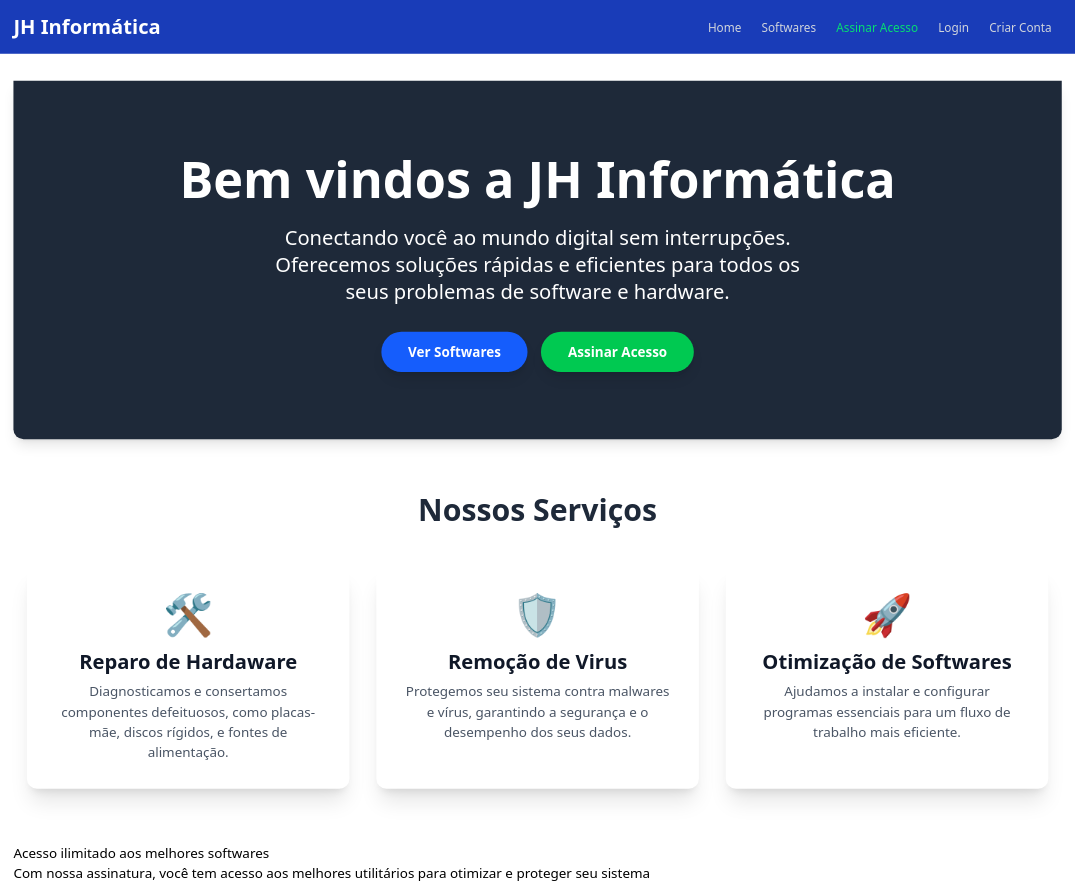
Repository: estevam02009/jh-info
Page: / (app in frontend/)
These files come from the project's save history. The page is drawn as it stood at one moment and after the next save; the edit follows.
The browser window is 1280 px wide. The pictures show the whole page, at 84% of full size.
The project was rebuilt for these pictures with package versions that can differ from the ones it lists, and the page was loaded fresh each time. Also part of the build but not shown: frontend/src/pages/Login.jsx, frontend/src/pages/Register.jsx, frontend/src/pages/Dashboard.jsx, frontend/src/components/ProtectedRoute.jsx, frontend/src/pages/SoftwareList.jsx, frontend/src/pages/SoftwareDetails.jsx, frontend/src/pages/SoftwareManagement.jsx, frontend/src/pages/PaymentPage.jsx and 1 more.

Above is the page before, as saved 2025-07-13 11:50:26.

After the next save:
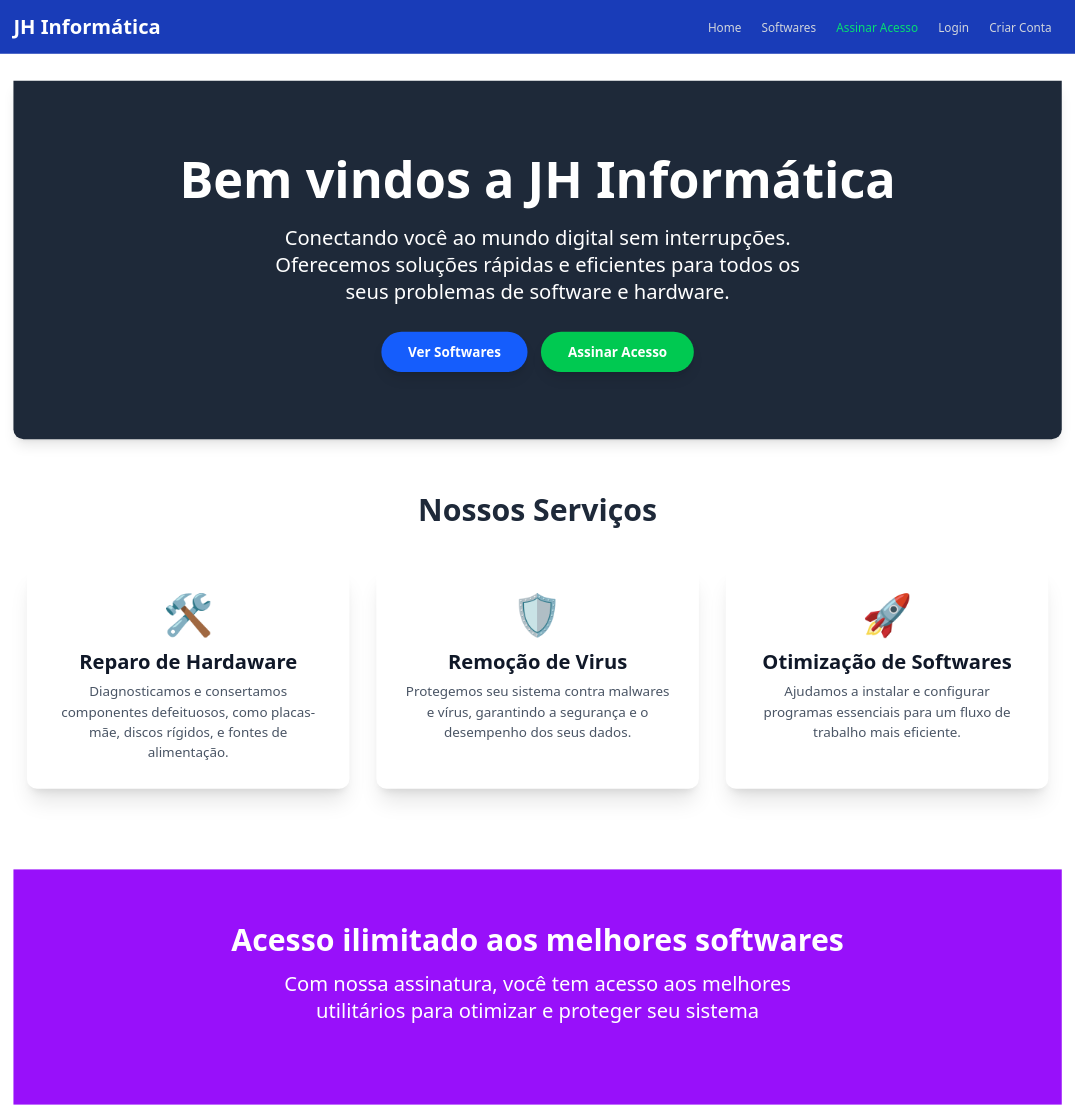
Saved 66 s later.
--- a/frontend/src/pages/Home.jsx
+++ b/frontend/src/pages/Home.jsx
@@ -64,9 +64,9 @@ const Home = () => {
             </div>
 
             {/* Seção de chamada para a ação */}
-            <div className='w-full'>
-                <h2>Acesso ilimitado aos melhores softwares</h2>
-                <p>
+            <div className='w-full bg-purple-600 text-white py-16 px-4 text-center mt-8'>
+                <h2 className='text-4xl font-bold mb-4'>Acesso ilimitado aos melhores softwares</h2>
+                <p className='text-xl md:text-2xl font-light max-w-2xl mx-auto mb-8'>
                     Com nossa assinatura, você tem acesso aos melhores utilitários para otimizar e proteger seu sistema
                 </p>
             </div>
